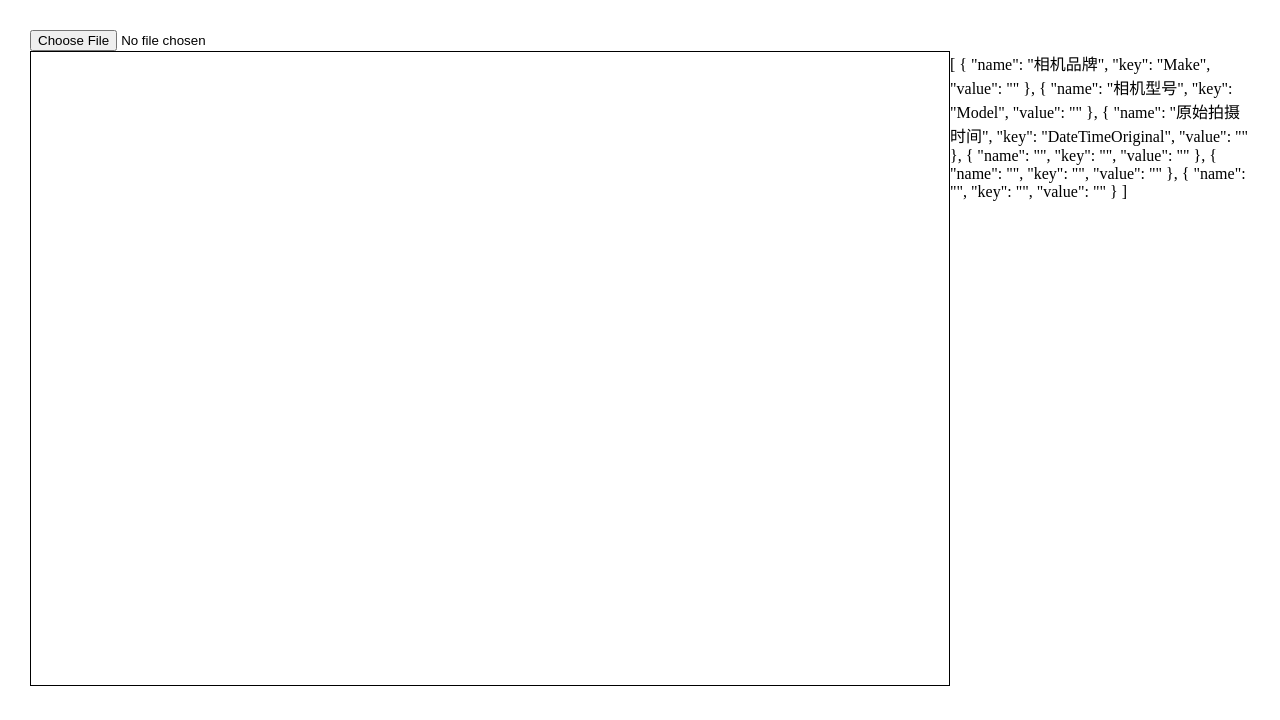
Repository: Gaays/camera-watermark
Page: /
An editor plug-in stored every save of this project. The page is shown before and after the next save, followed by the edit.
The browser window is 1280 px wide. The pictures show the whole page.
The project was rebuilt for these pictures with package versions that can differ from the ones it lists, and the page was loaded fresh each time. Also part of the build but not shown: vue.config.js.

Above is the page before, as saved 2024-08-17 21:24:18.

### src/App.vue
<template>
  <CameraWatermark />
</template>

<script setup>
import CameraWatermark from './components/cameraWatermark.vue'

</script>

<style>
* {
  box-sizing: border-box;
}

html,
body,
#app {
  margin: 0;
  padding: 0;
  width: 100vw;
  height: 100vh;
}</style>

### src/components/cameraWatermark.vue
<template>
  <div class="content">
    <input type="file" id="fileInput" accept="image/*" @change="handleFileChange">
    <div class="show-box">
      <canvas id="imageCanvas" style="border: 1px solid black;"></canvas>
      <div class="data-box">
        <span>{{ output }}</span>
      </div>
    </div>
  </div>
</template>

<script setup>
import { ref, onMounted } from 'vue'
import EXIF from 'exif-js'

const output = ref([
  {
    name: '相机品牌', key: 'Make', value: ''
  },
  {
    name: '相机型号', key: 'Model', value: ''
  },
  {
    name: '原始拍摄时间', key: 'DateTimeOriginal', value: ''
  },
  {
    name: '', key: '', value: ''
  },
  {
    name: '', key: '', value: ''
  },
  {
    name: '', key: '', value: ''
  },
])

const handleExif = (arrayBuffer) => {
  const exifData = EXIF.readFromBinaryFile(arrayBuffer);
  const data = JSON.stringify(exifData, null, 2);

}

const handleFileChange = (event) => {
  const file = event.target.files[0];
  if (file) {
    const reader = new FileReader();

    reader.onload = function (e) {
      const arrayBuffer = e.target.result;
      const originImg = URL.createObjectURL(file);
      // 读exif数据
      handleExif(arrayBuffer)

      // canvas渲染图片
      const img = new Image();
      img.onload = function () {
        const canvas = document.getElementById('imageCanvas');
        const ctx = canvas.getContext('2d');
        ctx.clearRect(0, 0, imgBox.value.width, imgBox.value.height);
        const aspectRatio = img.width / img.height;
        let imgWidth = 0
        let imgHeight = 0
        if (img.width >= img.height) {
          imgWidth = imgBox.value.width;
          imgHeight = imgWidth / aspectRatio;
        } else {
          imgHeight = imgBox.value.height;
          imgWidth = imgHeight * aspectRatio;
        }

        // 将图片绘制到 canvas 上
        ctx.drawImage(img, 0, 0, imgWidth, imgHeight);
      };
      img.src = originImg; // 设置图片源为读取的文件数据
    };

    reader.readAsArrayBuffer(file);
  }
}

const imgBox = ref({
  width: 0,
  height: 0
})
const initData = () => {
  const dom = document.getElementById('imageCanvas');
  const domSizeData = dom.getClientRects();
  imgBox.value = {
    width: domSizeData[0].width,
    height: domSizeData[0].height,
  }
  const canvas = document.getElementById('imageCanvas');
  canvas.width = imgBox.value.width;
  canvas.height = imgBox.value.height;
}

onMounted(() => {
  initData()
})
</script>

<!-- Add "scoped" attribute to limit CSS to this component only -->
<style lang="scss" scoped>
.content {
  width: 100%;
  height: 100%;
  padding: 30px 30px;

  .show-box {
    width: 100%;
    height: calc(100% - 25px);
    display: flex;

    #imageCanvas {
      width: calc(100% - 300px);
      height: 100%;
    }

    .data-box {
      width: 300px;
      height: 100%;
      overflow: auto;
    }
  }
}
</style>

Loaded but not shown: public/index.html (common file); src/main.js (common file)

After the next save:
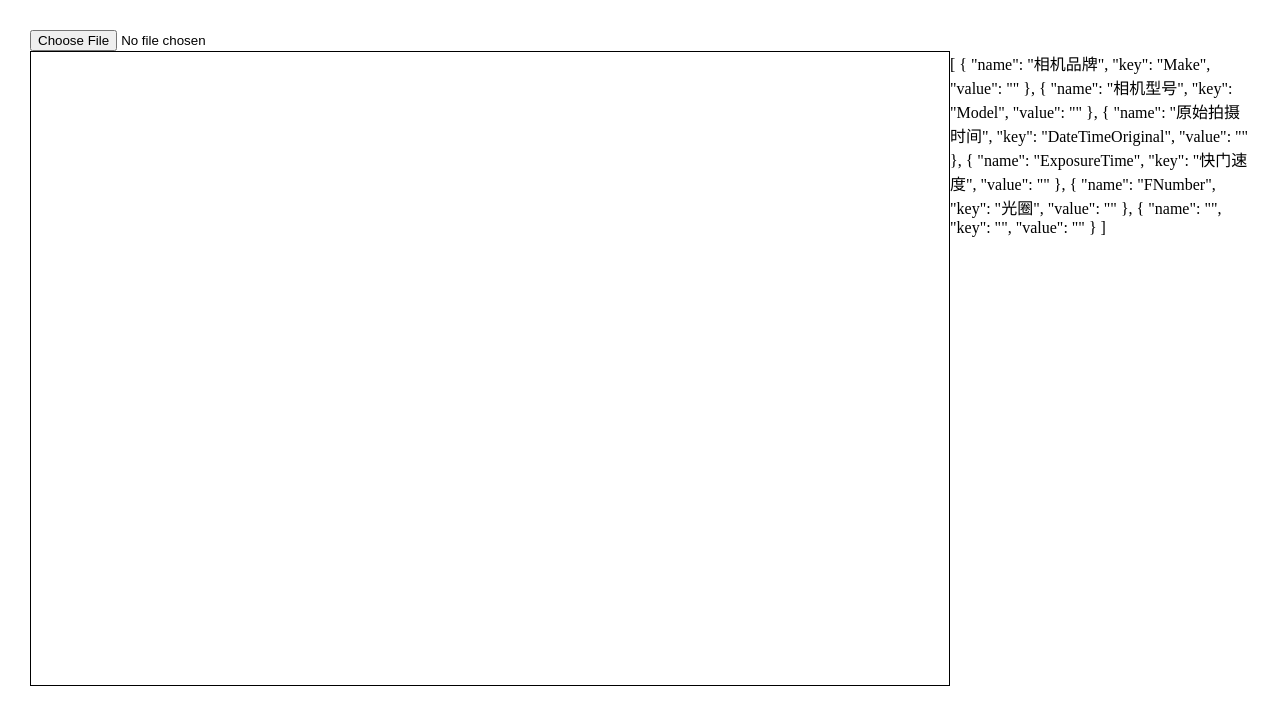
Saved 30 s later.
--- a/src/components/cameraWatermark.vue
+++ b/src/components/cameraWatermark.vue
@@ -25,10 +25,10 @@ const output = ref([
     name: '原始拍摄时间', key: 'DateTimeOriginal', value: ''
   },
   {
-    name: '', key: '', value: ''
+    name: 'ExposureTime', key: '快门速度', value: ''
   },
   {
-    name: '', key: '', value: ''
+    name: 'FNumber', key: '光圈', value: ''
   },
   {
     name: '', key: '', value: ''
